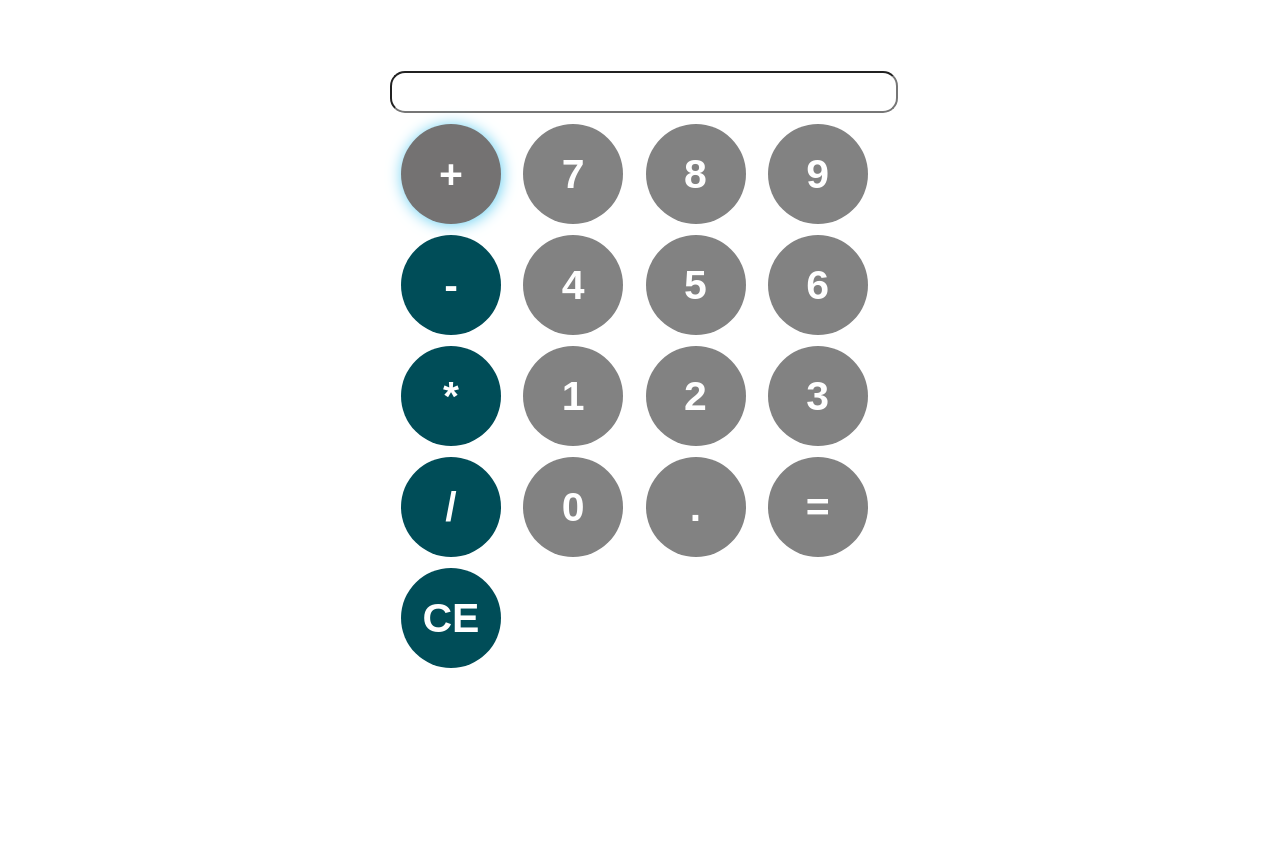
Repository: rkrukshan/JS-Calculator
Page: index.html
These files come from the project's save history. The page is drawn as it stood at one moment and after the next save; the edit follows.
The browser window is 1280 px wide. The pictures show the whole page.
The first visible `.operator` is being pressed.

Above is the page before, as saved 2024-09-02 13:49:30.

After the next save:
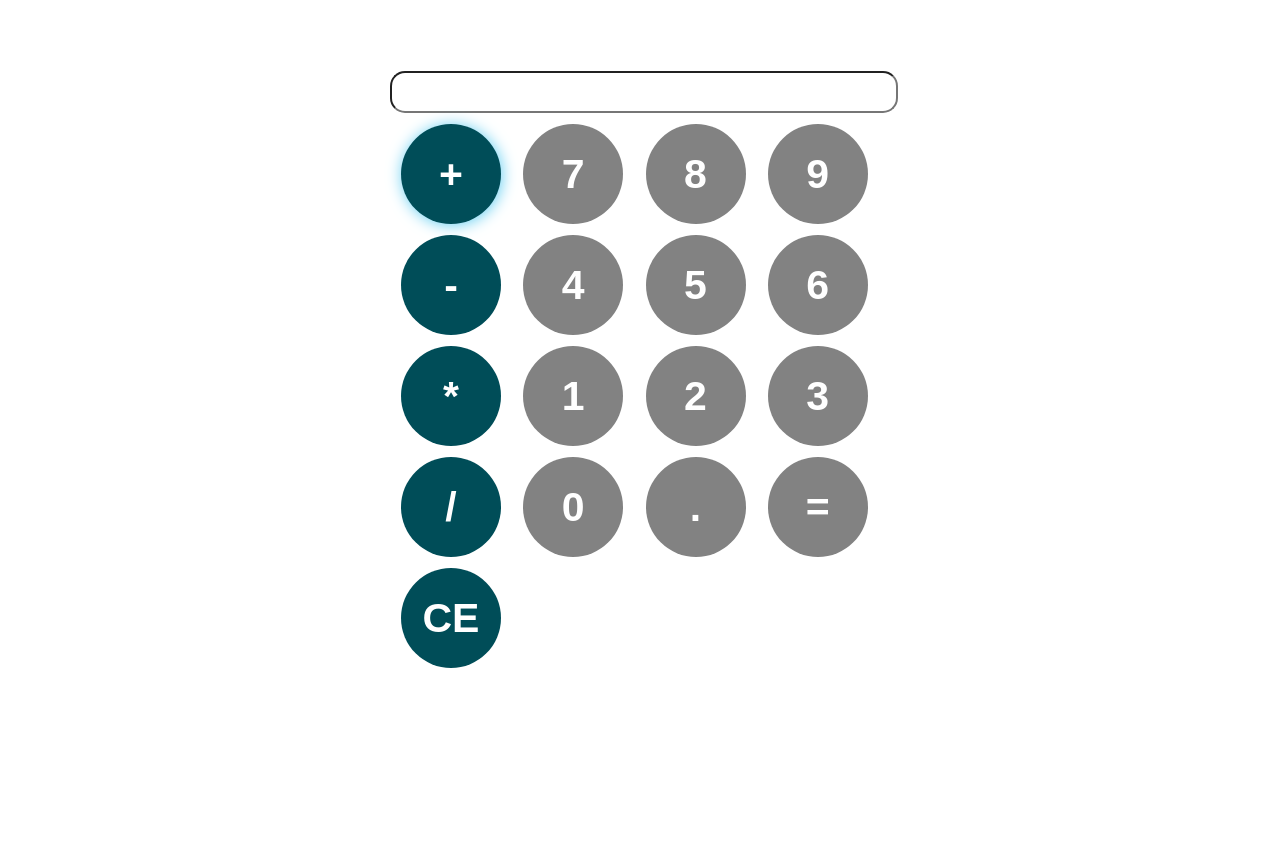
Saved 24 s later.
--- a/style.css
+++ b/style.css
@@ -42,6 +42,6 @@
   background-color: rgb(0, 77, 88);
 }
 .operator:active {
-    background-color: hsl(0, 77, 88);
+    background-color: rgb(0, 77, 88);
     box-shadow: 1px 1px 15px rgb(100, 206, 241);
   }
